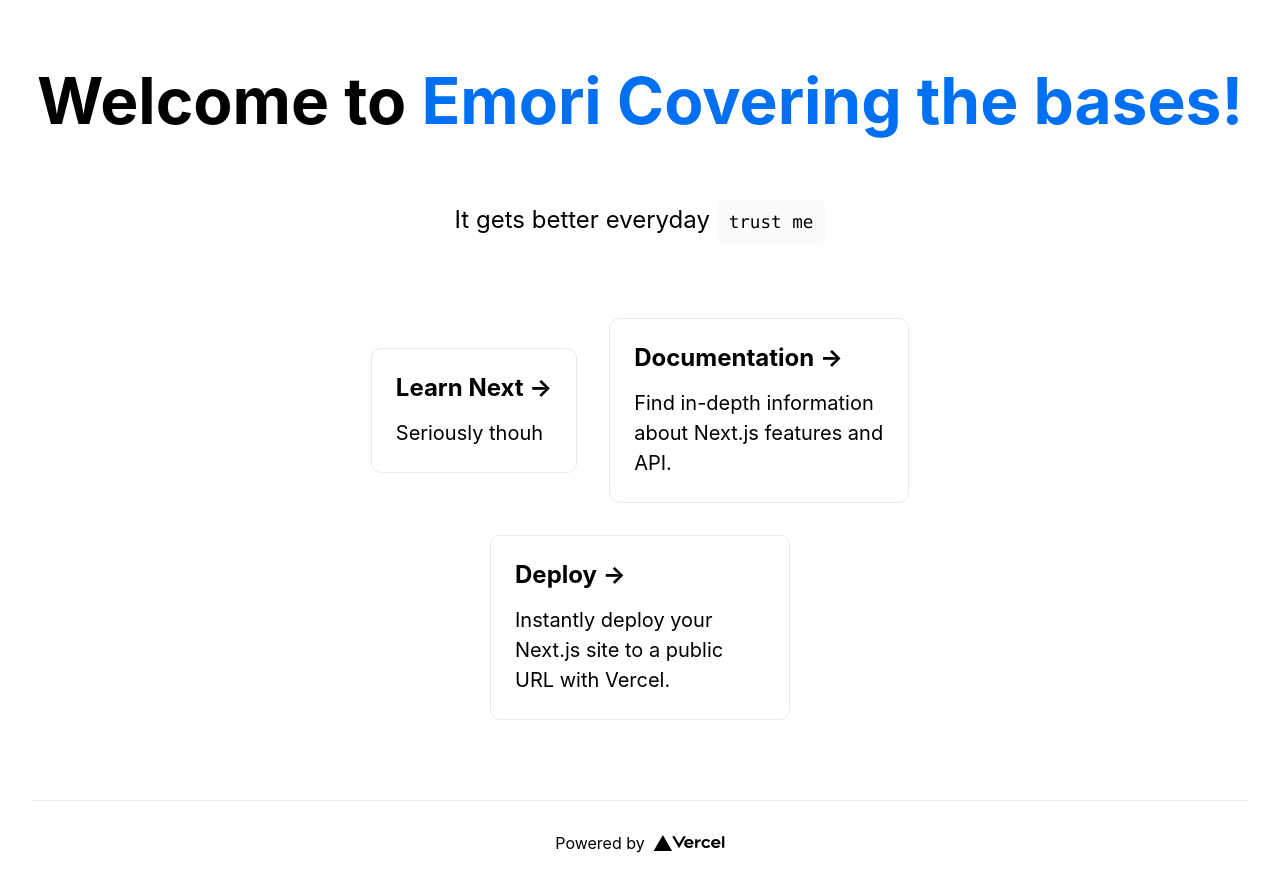
Repository: emorilebo/next-linkedin-training
Page: /
These files come from the project's save history. The page is drawn as it stood at one moment and after the next save; the edit follows.
The browser window is 1280 px wide. The pictures show the whole page.
The project was rebuilt for these pictures with package versions that can differ from the ones it lists, and the page was loaded fresh each time. The framework's server and built-in components were replaced by stand-ins that run in the browser. Also part of the build but not shown: next.config.js.

Above is the page before, as saved 2022-12-25 17:59:56.

### pages/index.js
import Head from "next/head";
import Image from "next/image";
import Link from "next/link";
import styles from "../styles/Home.module.css";

export default function Home() {
  return (
    <div className={styles.container}>
      <Head>
        <title>Emori Learning Next From LinkedIn</title>
        <meta
          name="description"
          content="I know I know, but we need to cover the bases as much as possible. #emoricoin"
        />
        <link rel="icon" href="/favicon.ico" />
      </Head>

      <main className={styles.main}>
        <h1 className={styles.title}>
          Welcome to <a href="https://nextjs.org">Emori Covering the bases!</a>
        </h1>

        <p className={styles.description}>
          It gets better everyday <code className={styles.code}>trust me</code>
        </p>

        <div className={styles.grid}>
          <Link href="/learn/next" className={styles.card}>
            <h2>Learn Next &rarr;</h2>
            <p>Seriously thouh</p>
          </Link>

          <Link href="/learn/next" className={styles.card}>
            <h2>Documentation &rarr;</h2>
            <p>Find in-depth information about Next.js features and API.</p>
          </Link>



          <a
            href="https://vercel.com/new?utm_source=create-next-app&utm_medium=default-template&utm_campaign=create-next-app"
            className={styles.card}
          >
            <h2>Deploy &rarr;</h2>
            <p>
              Instantly deploy your Next.js site to a public URL with Vercel.
            </p>
          </a>
        </div>
      </main>

      <footer className={styles.footer}>
        <a
          href="https://vercel.com?utm_source=create-next-app&utm_medium=default-template&utm_campaign=create-next-app"
          target="_blank"
          rel="noopener noreferrer"
        >
          Powered by{" "}
          <span className={styles.logo}>
            <Image src="/vercel.svg" alt="Vercel Logo" width={72} height={16} />
          </span>
        </a>
      </footer>
    </div>
  );
}

Loaded but not shown: pages/_app.js (common file); styles/globals.css (common file); styles/Home.module.css (common file)

After the next save:
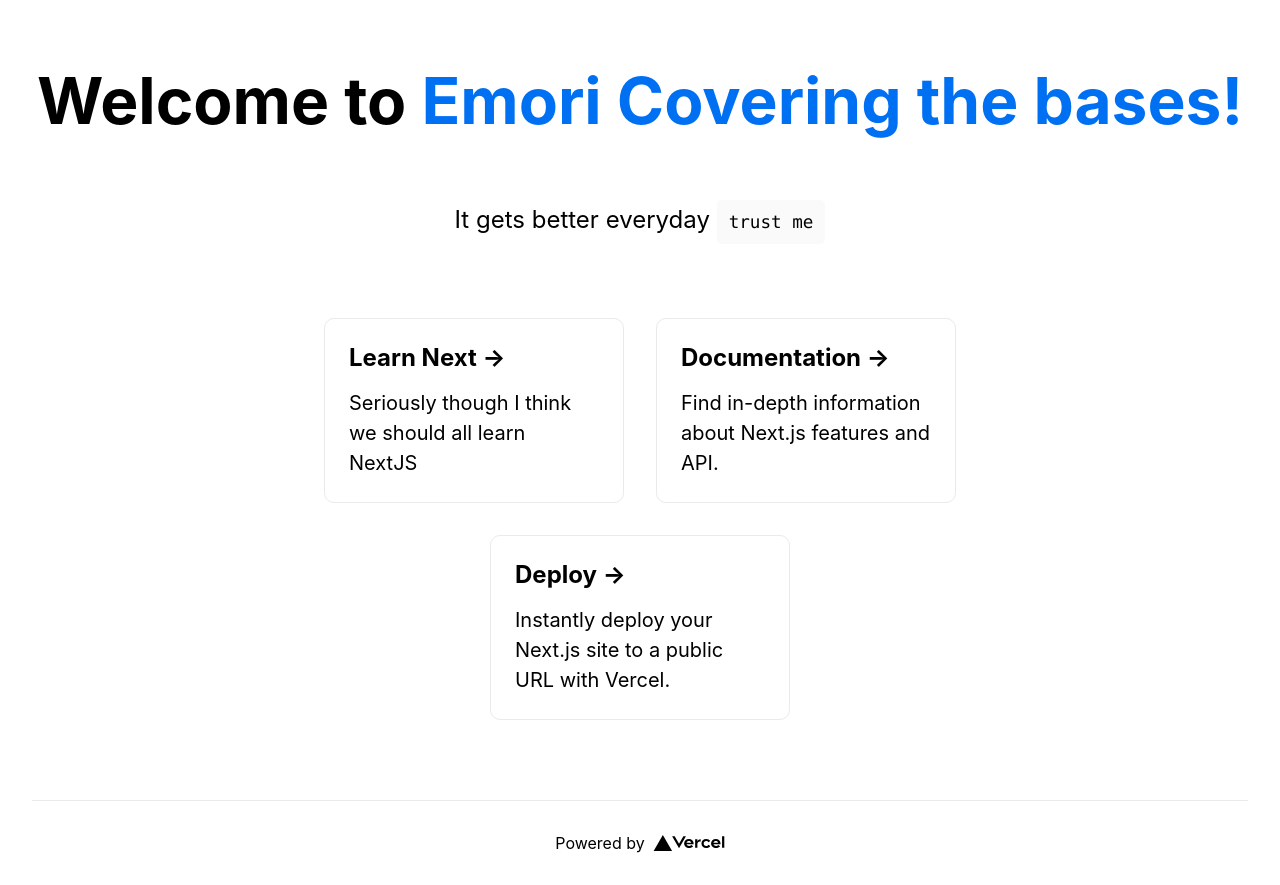
Saved 9 s later.
--- a/pages/index.js
+++ b/pages/index.js
@@ -27,7 +27,7 @@
         <div className={styles.grid}>
           <Link href="/learn/next" className={styles.card}>
             <h2>Learn Next &rarr;</h2>
-            <p>Seriously thouh</p>
+            <p>Seriously though I think we should all learn NextJS</p>
           </Link>
 
           <Link href="/learn/next" className={styles.card}>
